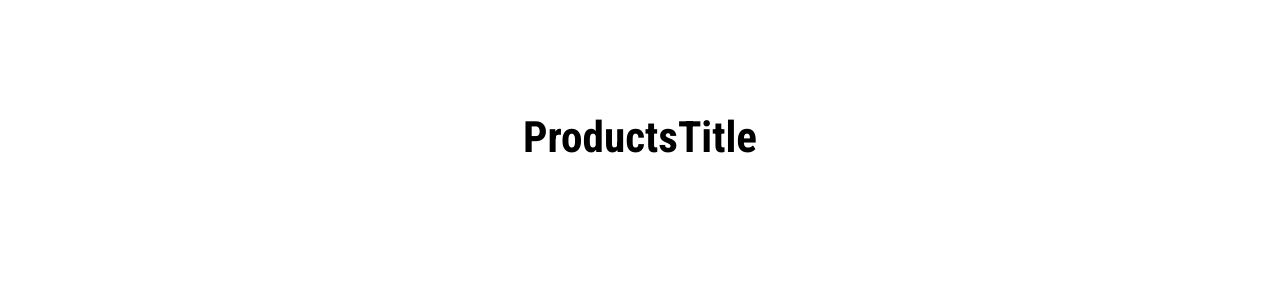
Repository: omarpervezz/dummyshoping-cart
Page: /
These files come from the project's save history. The page is drawn as it stood at one moment and after the next save; the edit follows.
The browser window is 1280 px wide. The pictures show the whole page.
The page's requests for data from a server got no answer. The project was rebuilt for these pictures with package versions that can differ from the ones it lists, and the page was loaded fresh each time. No one was signed in, and anything a server would have sent is missing.

Above is the page before, as saved 2022-08-26 12:18:19.

After the next save:
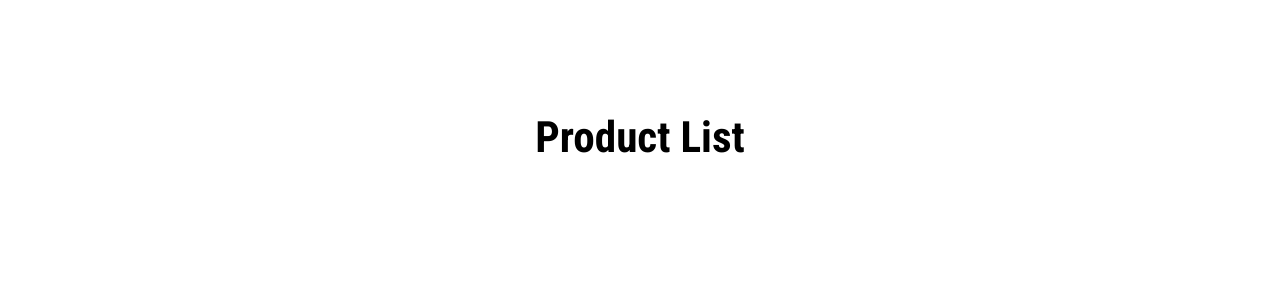
Saved 31 s later.
--- a/src/comp/ProductsTitle.js
+++ b/src/comp/ProductsTitle.js
@@ -3,7 +3,7 @@ import React from "react";
 export const ProductsTitle = () => {
   return (
     <div>
-      <h2>ProductsTitle</h2>
+      <h2>Product List</h2>
     </div>
   );
 };
